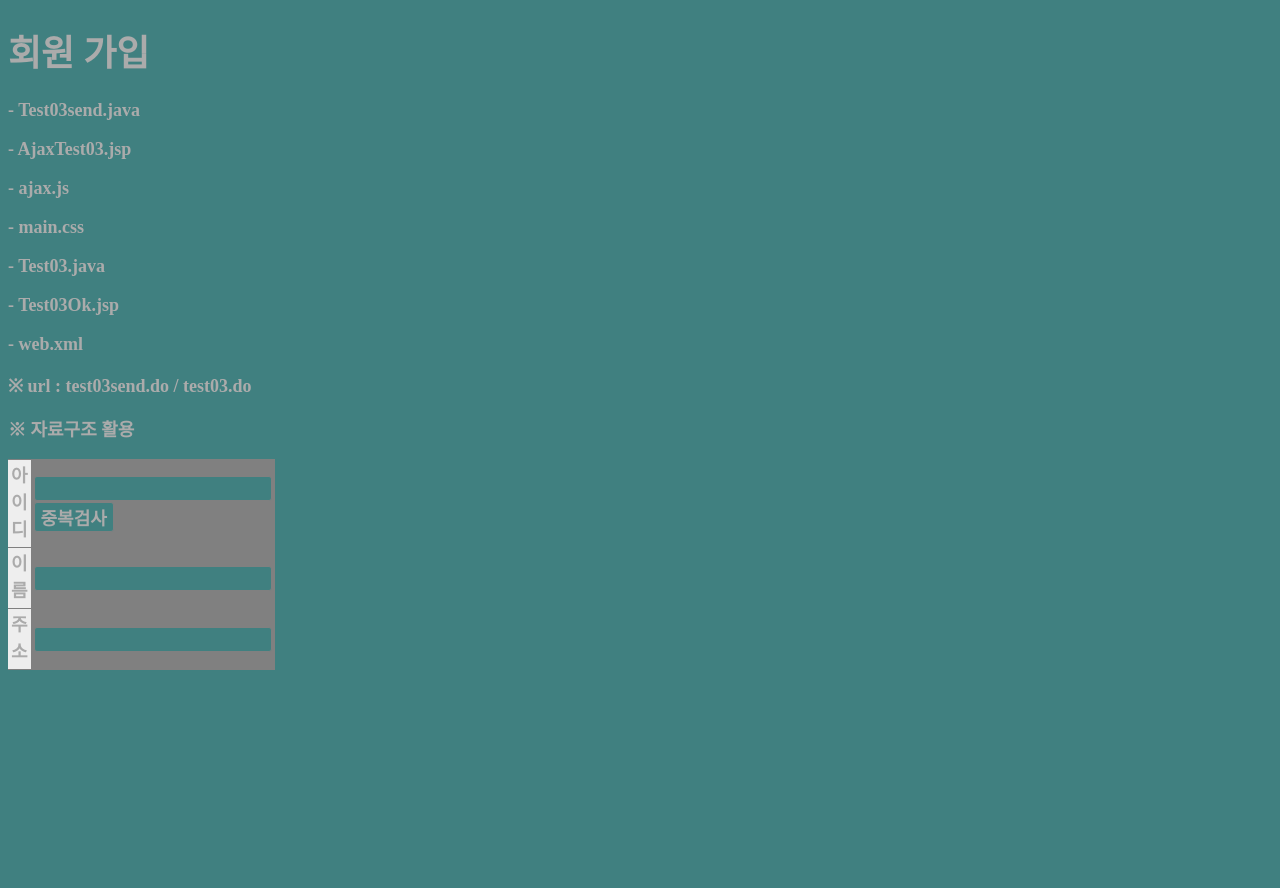
Repository: Umkimisstrong/UM_Webbb
Page: http://localhost/AjaxApp/AjaxTest03.jsp
These files come from the project's save history. The page is drawn as it stood at one moment and after the next save; the edit follows.
The browser window is 1280 px wide. The pictures show the whole page.
The page is served by Tomcat 9.

Above is the page before, as saved 2022-05-10 03:30:35.

After the next save:
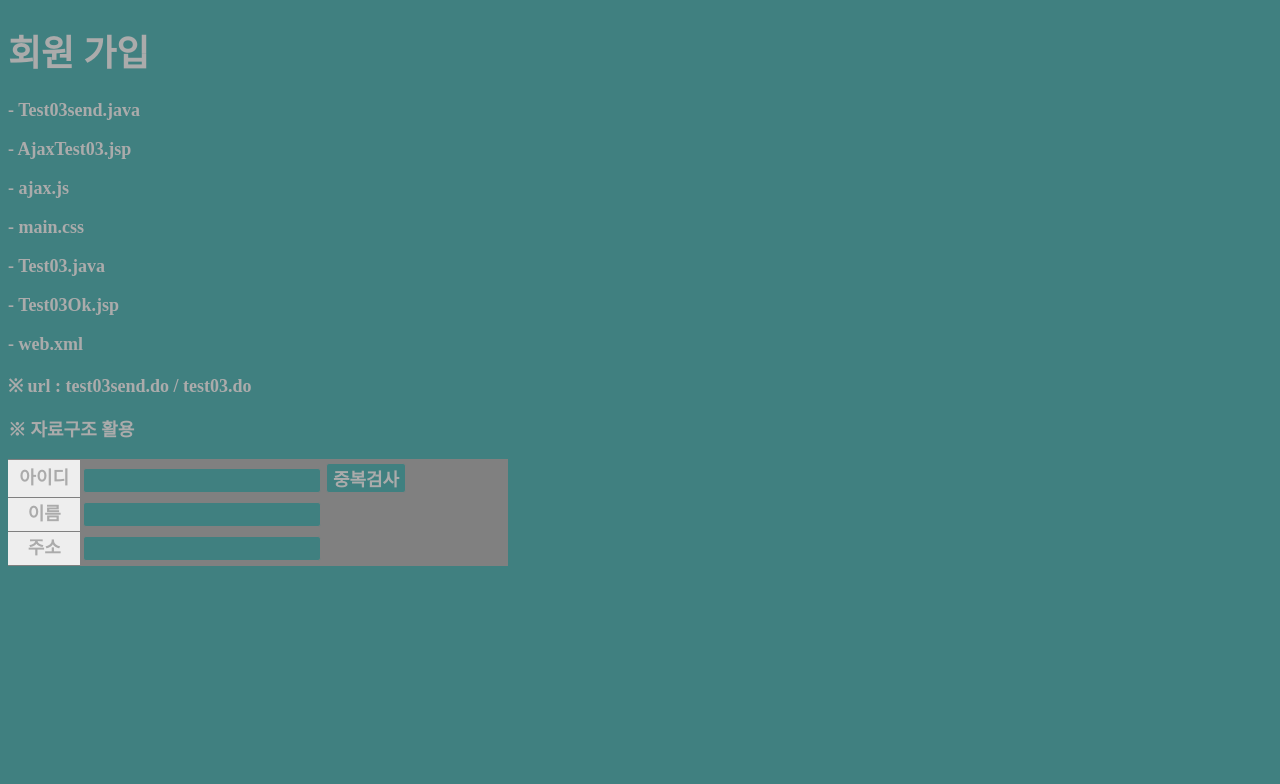
Saved 34 s later.
--- a/AjaxApp/WebContent/css/main.css
+++ b/AjaxApp/WebContent/css/main.css
@@ -42,7 +42,7 @@ body, p, div, span, input, table, th, td, select
 .table
 {
 	border-collapse: collapse;
-	width: 250px;
+	width: 500px;
 	font-weight: bold;
 }
 
